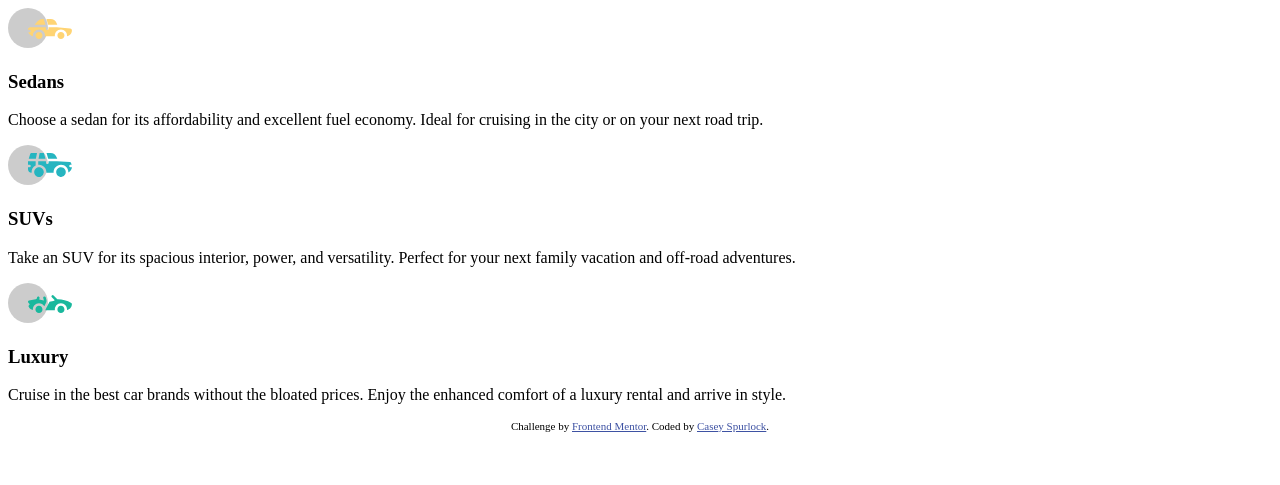
Repository: CaseySpurlock/3-column-preview-card-component-main
Page: index.html
An editor plug-in stored every save of this project. The page is shown before and after the next save, followed by the edit.
The browser window is 1280 px wide. The pictures show the whole page.

Above is the page before, as saved 2021-06-23 10:11:30.

After the next save:
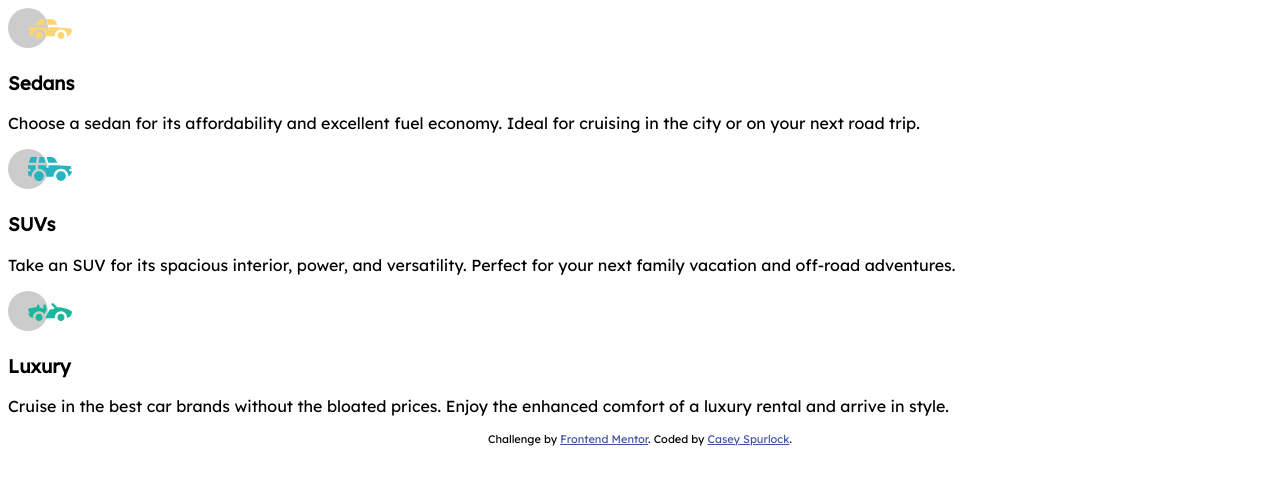
Saved 3 min 9 s later.
--- a/style.css
+++ b/style.css
@@ -1,3 +1,8 @@
+body {
+    font-family: "Lexend deca", sans-serif;
+}
+
+
 .attribution {
     font-size: 11px;
     text-align: center;
